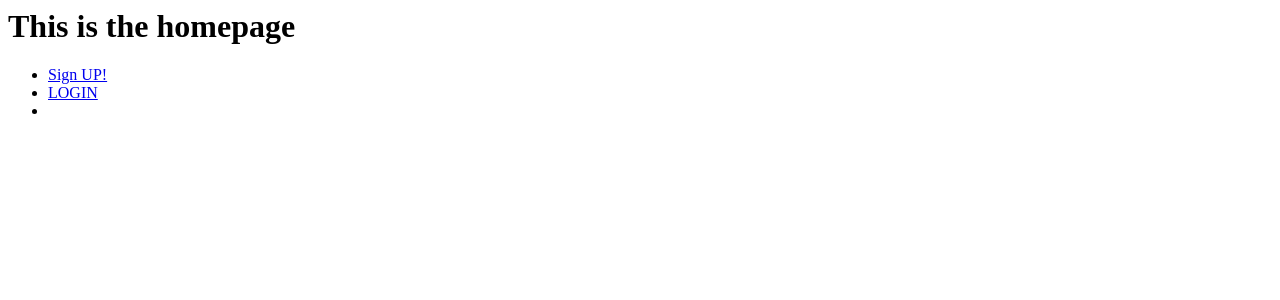
Repository: bosicheng/yelpcamp-project
Page: http://localhost/
The author's editor kept a record of every edit. The page is drawn from the files as they stood at one moment, then again after the next edit.
The browser window is 1280 px wide. The pictures show the whole page.
The page is served by the project's Node server (Authentication/AuthDemo/app.js). Other server files are loaded and not shown.

Above is the page before.

### Authentication/AuthDemo/views/home.ejs
<h1>This is the homepage</h1>

<ul>
    <li><a href='/register'>Sign UP!</a></li>
    <li><a href='/login'>LOGIN</a></li>
    <li></li>
</ul>

### Authentication/AuthDemo/app.js
var express=require("express");
var app=express();
var mongoose=require('mongoose');
var passport=require("passport");
var bodyParser=require('body-parser');
var localStrategy=require('passport-local');
var passportLocalMongoose=require("passport-local-mongoose");
var User=require("./models/user");
var expressSession=require("express-session");

mongoose.connect("mongodb://localhost/auth_demo_app",{ useNewUrlParser: true });

app.use(expressSession({
    // 这里的secret是用来编码和解码进程的
    // 因为在进程中我们不会把数据存储为普通的英语
    secret:"aaa",
    resave:false,
    saveUninitialized:false
}))

app.use(passport.initialize());
app.use(passport.session());

// 这两行代码是负责从进程中读取数据并进行编码和解码
passport.serializeUser(User.serializeUser());
passport.deserializeUser(User.deserializeUser());
passport.use(new localStrategy(User.authenticate()));

app.set('view engine','ejs')

// 只要用form表单传数据都需要用到这行代码
app.use(bodyParser.urlencoded({extended:true}));

//ROUTES

app.get('/',function(req,res){
    res.render('home')
})

// 使用middleware操作阻止直接进入secret页，需要判断是否loggedin
app.get('/secret',isLoggedIn,function(req,res){
    res.render('secret')
})

//Authentication ROUTES
//show sign up form
app.get('/register',function(req,res){
    res.render('register')
})

app.post('/register',function(req,res){
    // 这里的逻辑是：form表单提交了req.body.username
    // 然后    .register方法新建user对象把username和传过来的username hash成对，再单独传password
    // 建立账户密码以后可以去数据库中查看，可以发现密码被编码成很长的一串
    User.register(new User({username:req.body.username}),req.body.password,function(err,user){
        if(err){
            console.log(err)
            return res.render('register')
        }
        passport.authenticate("local")(req, res, function(){
           res.redirect("/secret");
        });
    })
})

//LOGIN ROUTE
app.get('/login',function(req,res){
    res.render('login')
})

//login logic
// 但是这里不能直接post，是需要检测账号密码是否正确
//middleware: run before the final route callback,在route的开始和结束中间
app.post('/login',passport.authenticate('local',{
    successRedirect:'/secret',
    failureRedirect:'/login'
}),function(req,res){

})


app.get('/logout',function(req,res){
    // 下面指令的意义是passport会清除user所有在进程中的数据
    req.logout();
    res.redirect('/login')
})

// 这里的next指的就是最后一个route，也就是final callback
function isLoggedIn(req,res,next){
    if(req.isAuthenticated()){
        // 继续下一步
        return next();
    }
    res.redirect('/login')
}



app.listen(process.env.PORT,process.env.IP,function(){
    console.log('Server Started!')
})

After the next edit:
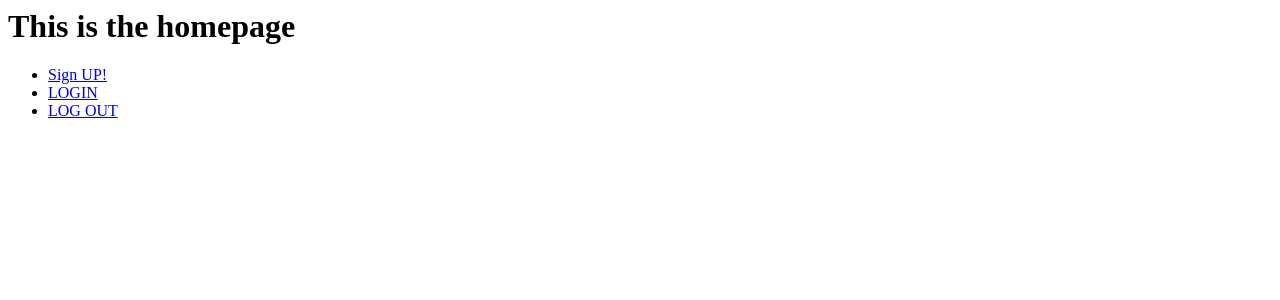
The edit:
--- a/Authentication/AuthDemo/views/home.ejs
+++ b/Authentication/AuthDemo/views/home.ejs
@@ -3,5 +3,5 @@
 <ul>
     <li><a href='/register'>Sign UP!</a></li>
     <li><a href='/login'>LOGIN</a></li>
-    <li></li>
+    <li><a href='/logout'>LOG OUT</a></li>
 </ul>
